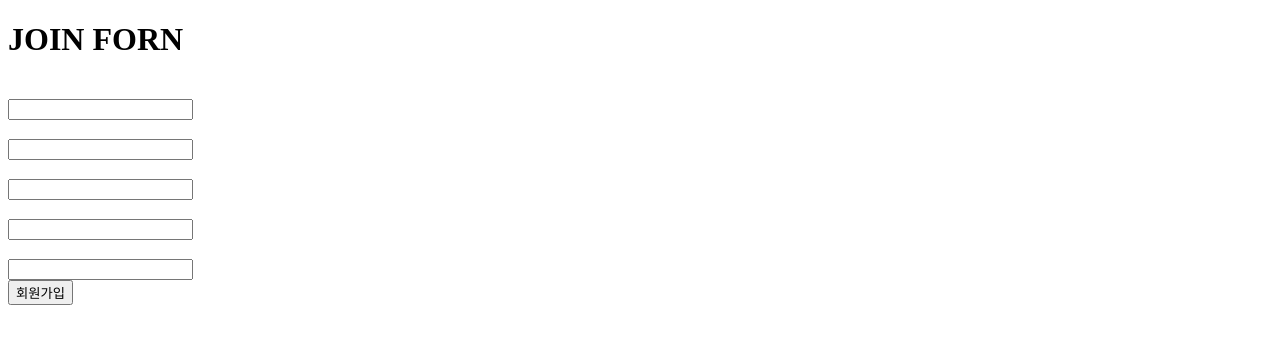
Repository: Leehj9094/JAVA_BOOK-
Page: http://localhost/01JSP/C06/03/join_form.jsp
An editor plug-in stored every save of this project. The page is shown before and after the next save, followed by the edit.
The browser window is 1280 px wide. The pictures show the whole page.
The page is served by Tomcat 9.

Above is the page before, as saved 2025-04-03 06:50:36.

After the next save:
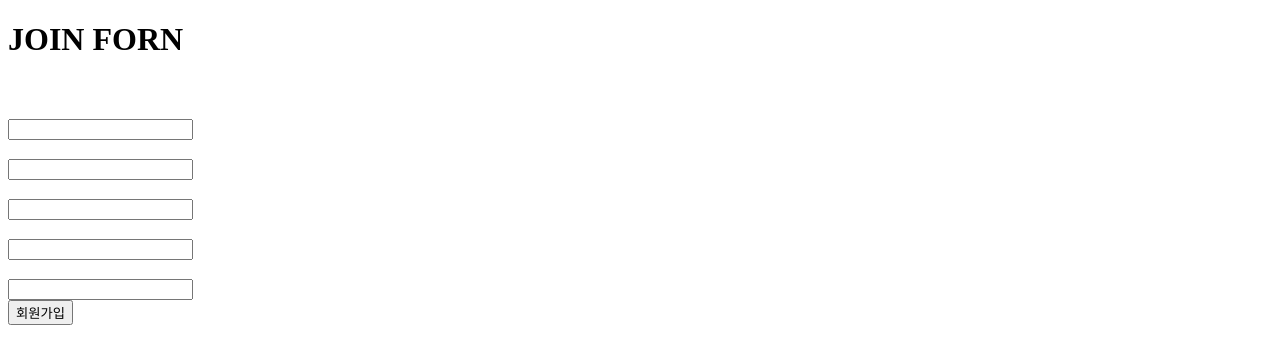
Saved 11 min 54 s later.
--- a/JSP/01JSP/src/main/webapp/C06/03/join_form.jsp
+++ b/JSP/01JSP/src/main/webapp/C06/03/join_form.jsp
@@ -12,7 +12,8 @@
 </head>
 <body>
 	<h1>JOIN FORN</h1>
-
+	<div style="min-height:20px; font-size:.5rem; color:red;">
+	</div>
 	<form action="${pageContext.request.contextPath}/06/03/join.jsp" method="post">
 		<div>
 			<label>이름</label><br/>
